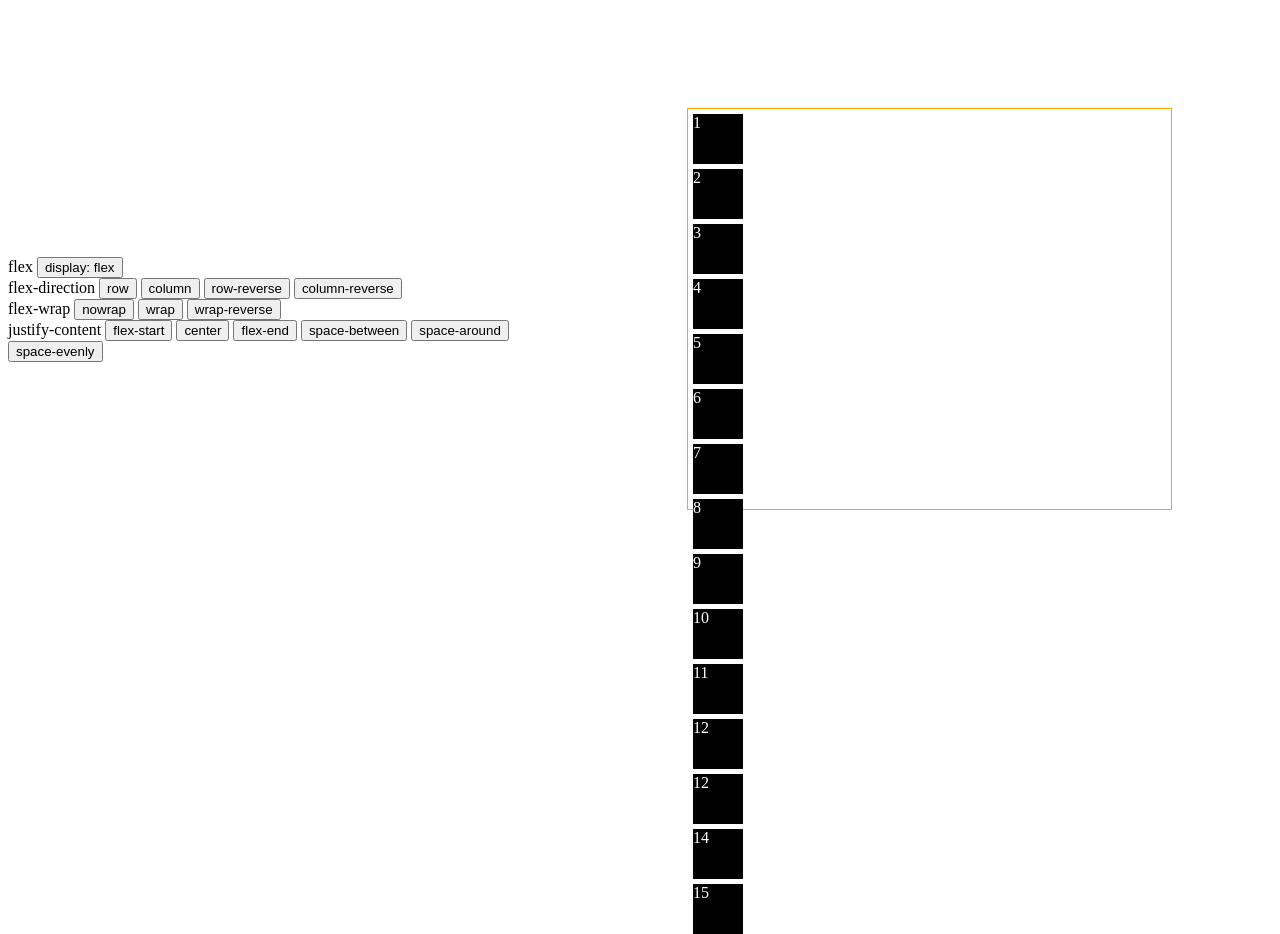
Repository: eeoooo/MINI-PROJECTS-HTML-CSS
Page: 220730-PracticeCSSFlex/index.html
These files come from the project's save history. The page is drawn as it stood at one moment and after a run of saves; the edit follows.
The browser window is 1280 px wide. The pictures show the whole page.

Above is the page before, as saved 2022-07-30 19:50:33.

After the next 2 saves:
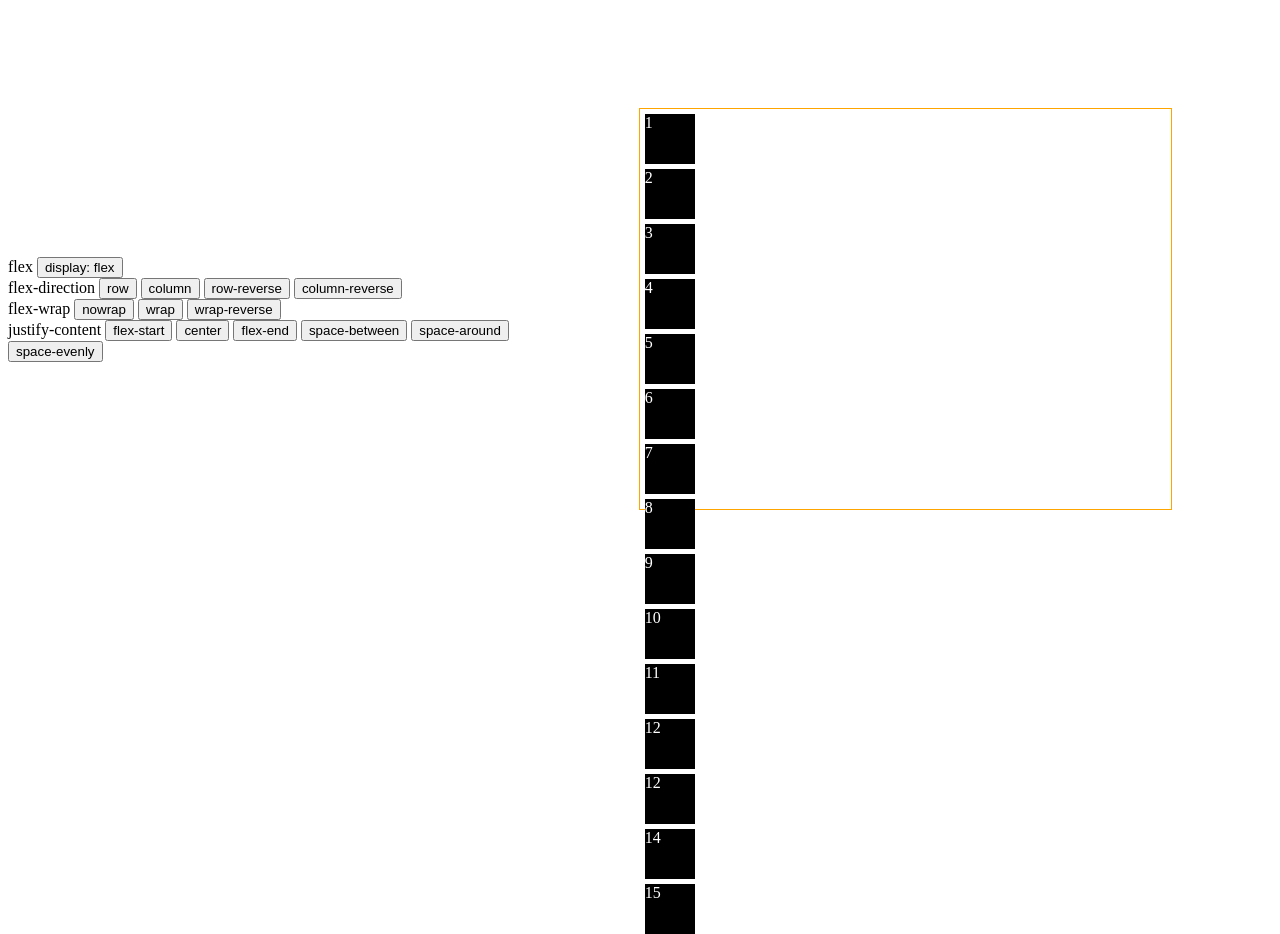
The 2 saves are shown as one change because they came seconds apart.
The last was saved 6 s later.
--- a/220730-PracticeCSSFlex/style.css
+++ b/220730-PracticeCSSFlex/style.css
@@ -4,7 +4,7 @@ body {
   align-items: center;
 }
 .container {
-  width: 500px;
+  width: 600px;
   height: 400px;
   border: 1px solid orange;
   margin: 100px;
